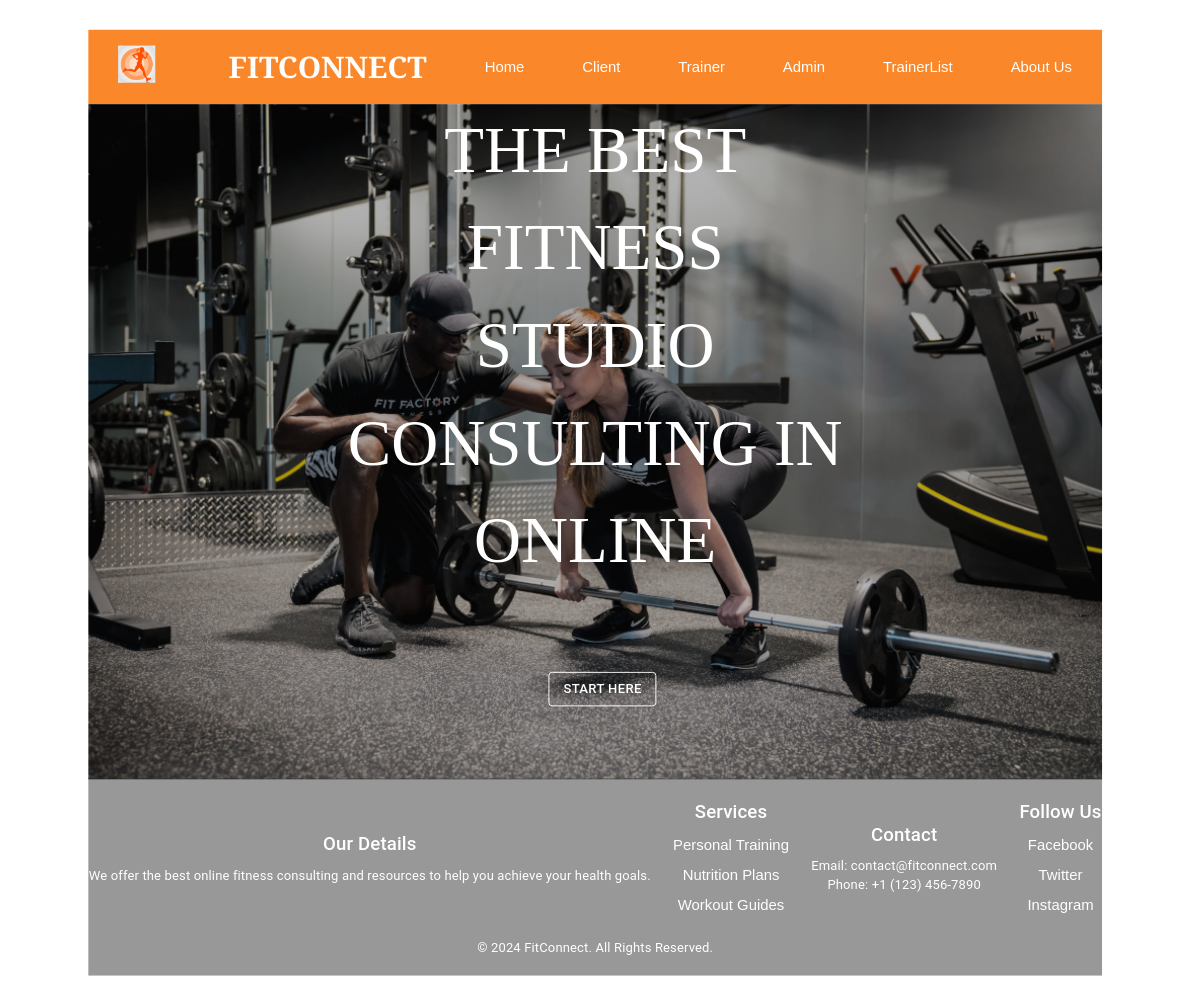
Repository: sarathraj2002/fitconnect
Page: / (app in Frontend/)
These files come from the project's save history. The page is drawn as it stood at one moment and after the next save; the edit follows.
The browser window is 1280 px wide. The pictures show the whole page, at 93% of full size.
The project was rebuilt for these pictures with package versions that can differ from the ones it lists, and the page was loaded fresh each time. Also part of the build but not shown: Frontend/vite.config.js, Frontend/src/components/ClientPage.jsx, Frontend/src/components/TrainerPage.jsx, Frontend/src/components/AdminPage.css, Frontend/src/components/AdminPage.jsx, Frontend/src/components/TrainerListPage.jsx, Frontend/src/components/AboutUs.jsx, Frontend/src/components/ClientRegister.css and 5 more.

Above is the page before, as saved 2024-11-12 17:47:04.

After the next save:
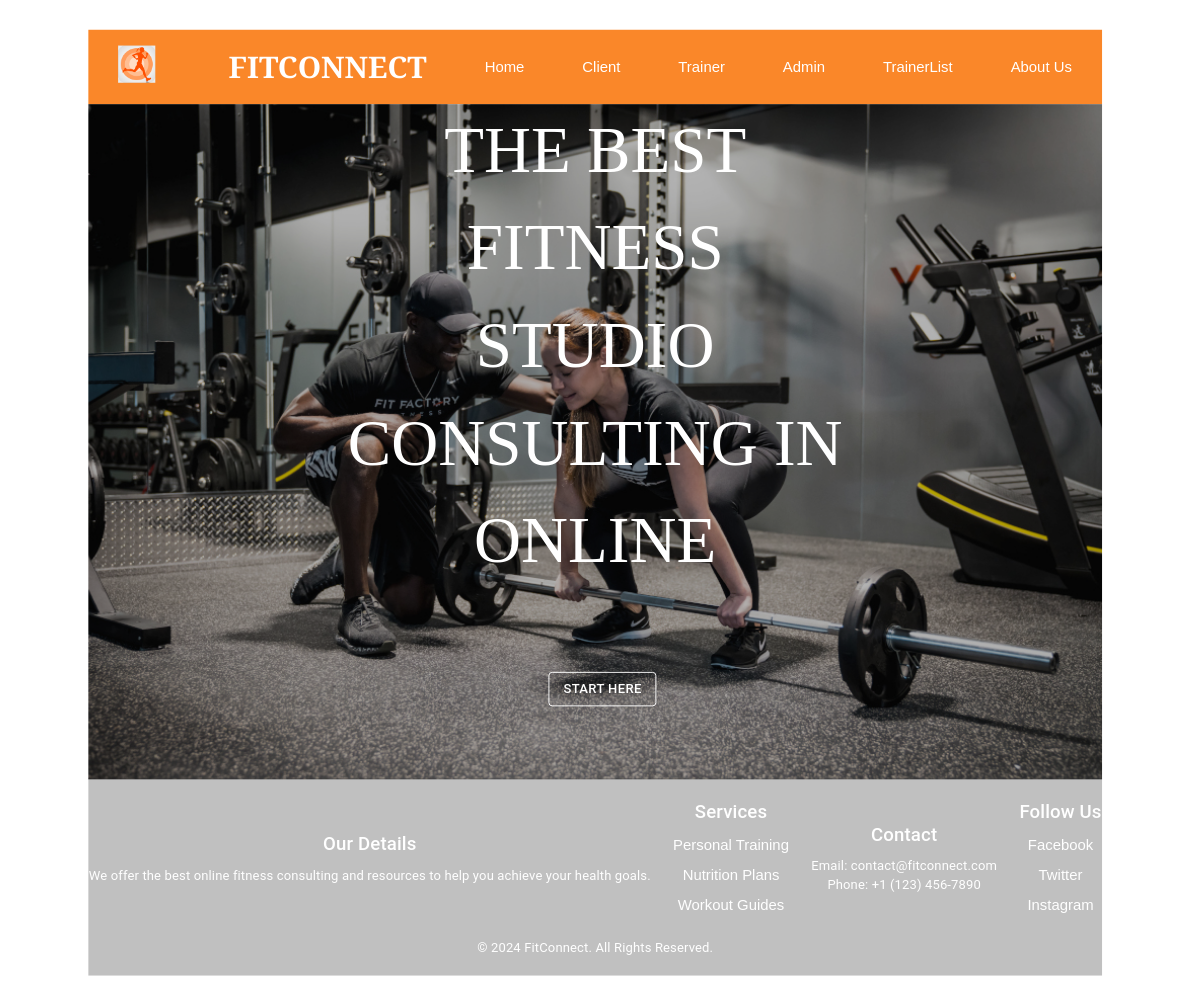
Saved 7 s later.
--- a/Frontend/src/components/Footer.jsx
+++ b/Frontend/src/components/Footer.jsx
@@ -8,7 +8,7 @@ const Footer = () => {
       component="footer"
       sx={{
         backgroundColor: '#333',
-        opacity:'50%',
+        opacity:'30%',
         color: 'white',
         padding: '20px 0',
         textAlign: 'center',
